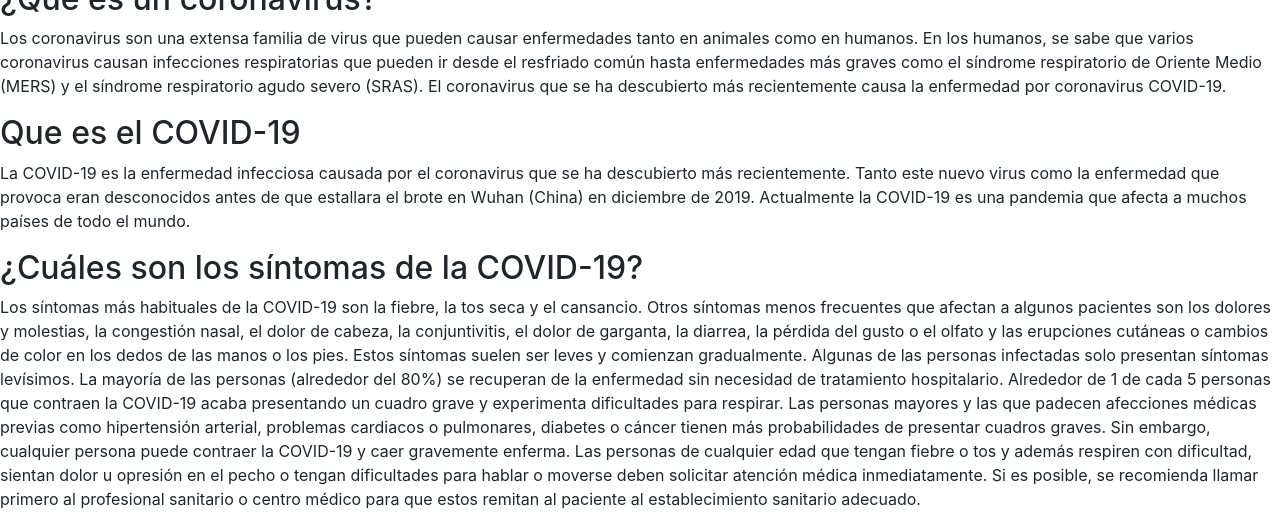
Repository: AndreyRi13/1erparcial1151804
Page: Home.html
An editor plug-in stored every save of this project. The page is shown before and after the next save, followed by the edit.
The browser window is 1280 px wide. The pictures show the part of the page from y = 502 to 1029 px (the page is 1029 px tall before and 949 px after).
A picture or video elsewhere on the page could not be fetched, so the positions and the page height are approximate.

Above is the page before, as saved 2020-10-06 07:17:58.
Console error (its wording comes from the project's code and is left out).

After the next save:
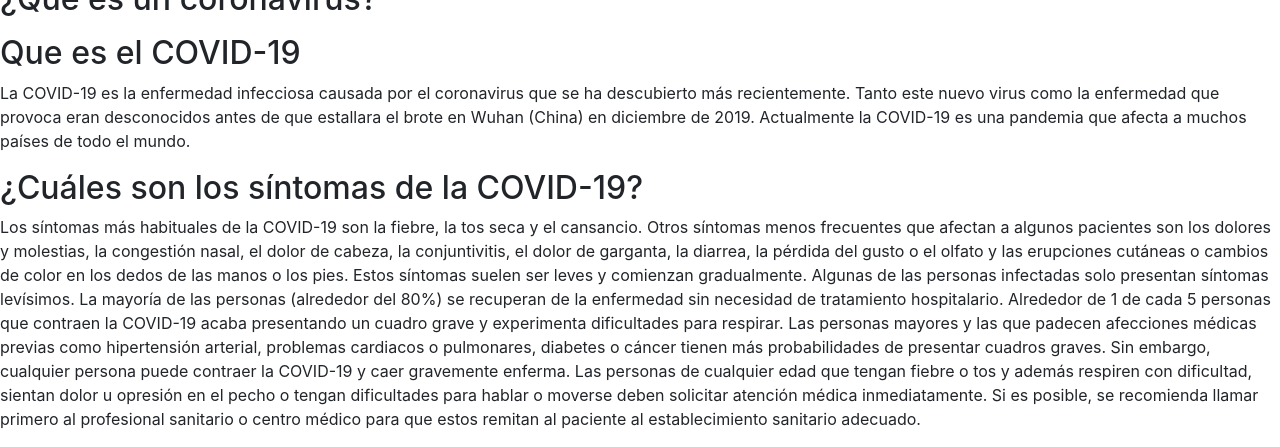
Saved 4 s later.
--- a/Home.html
+++ b/Home.html
@@ -35,14 +35,7 @@
             </div>
           </div>
         <h2>¿Qué es un coronavirus?</h2>
-            <p>Los coronavirus son una extensa familia de virus que pueden
-                causar enfermedades tanto en animales como en humanos. En
-                los humanos, se sabe que varios coronavirus causan infecciones
-                respiratorias que pueden ir desde el resfriado común hasta
-                enfermedades más graves como el síndrome respiratorio de
-                Oriente Medio (MERS) y el síndrome respiratorio agudo severo
-                (SRAS). El coronavirus que se ha descubierto más
-                recientemente causa la enfermedad por coronavirus COVID-19.</p>
+            <p></p>
 
 
                 <h2>Que es el COVID-19</h2>
